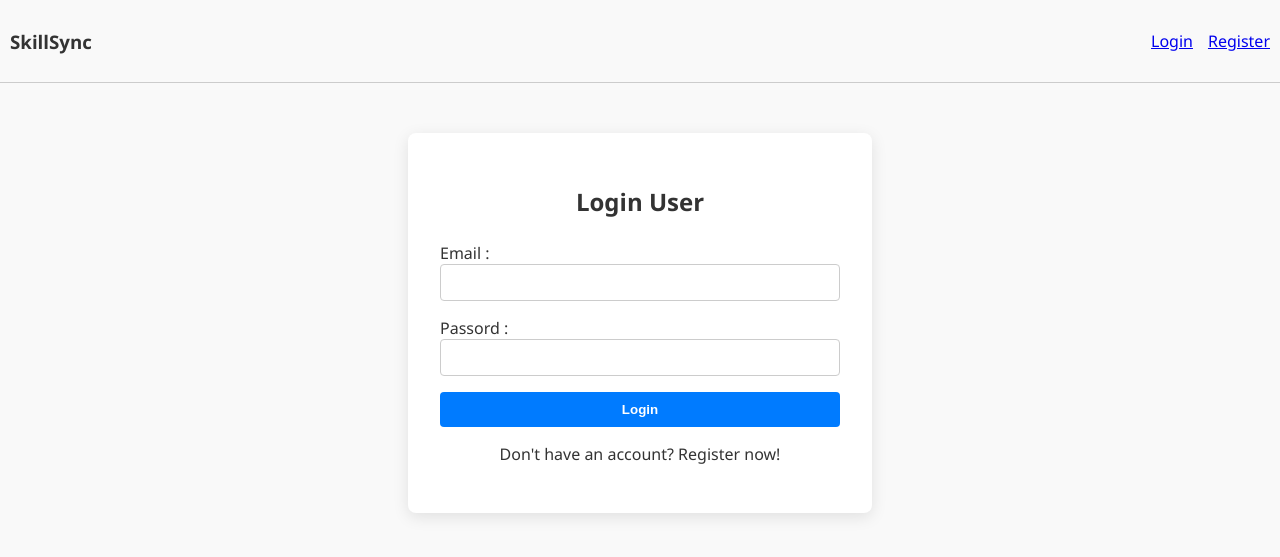
Repository: bharathabhi46/SkillSync-FrontEnd
Page: /UserList
These files come from the project's save history. The page is drawn as it stood at one moment and after the next save; the edit follows.
The browser window is 1280 px wide. The pictures show the whole page.
The project was rebuilt for these pictures with package versions that can differ from the ones it lists, and the page was loaded fresh each time. Also part of the build but not shown: vite.config.js, src/Components/CreateUser/CreateUser.css, src/Components/CreateUser/CreateUser.jsx, src/Components/UserList/UserList.css, src/Components/UserList/UserList.jsx, src/Components/EditUser/EditUser.css, src/Components/EditUser/EditUser.jsx, src/Components/RegisterUser/RegisterUser.css and 3 more.

Above is the page before, as saved 2025-06-28 14:13:19.

After the next save:
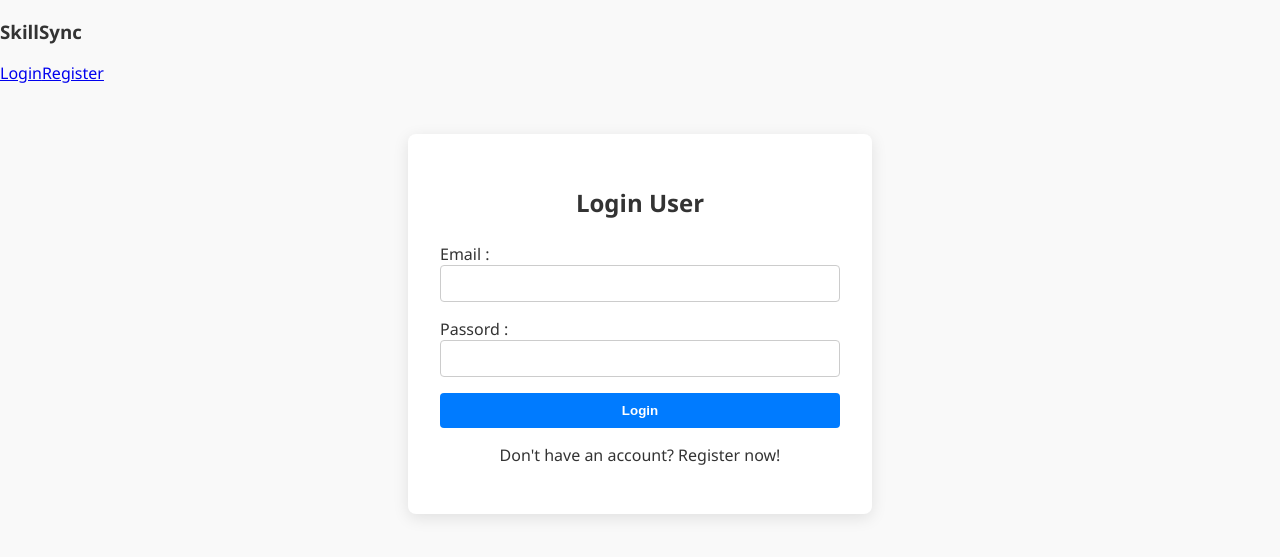
Saved 94 s later.
--- a/src/Components/NavBar/NavBar.jsx
+++ b/src/Components/NavBar/NavBar.jsx
@@ -11,16 +11,9 @@ const Navbar = () => {
   };
 
   return (
-    <nav
-      style={{
-        display: "flex",
-        justifyContent: "space-between",
-        padding: "10px",
-        borderBottom: "1px solid #ccc",
-      }}
-    >
+    <nav>
       <h3>SkillSync</h3>
-      <div style={{ display: "flex", gap: "15px", alignItems: "center" }}>
+      <div>
         {user ? (
           <>
             <span>
